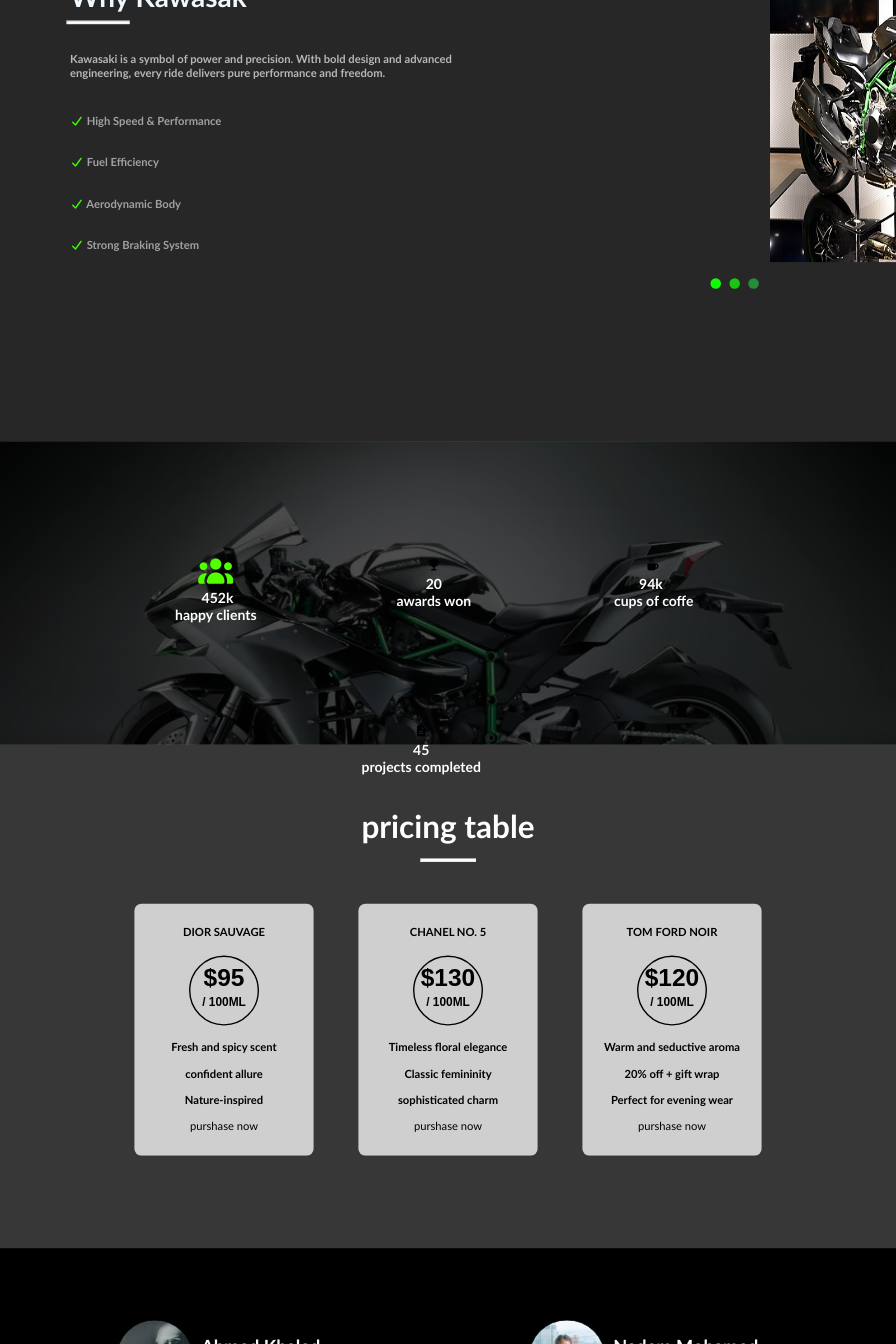
Repository: mustafasayed075-stack/project1
Page: index.html
The author's editor kept a copy of each file at every save. The page is drawn from the files as they stood at one save, then again after a run of saves.
The browser window is 1280 px wide. The pictures show the part of the page from y = 2963 to 4883 px (the page is 6669 px tall), at 70% of full size.
Backgrounds fixed to the window are drawn as part of the page.

Above is the page before, as saved 2025-09-20 19:20:30.

After the next 2 saves:
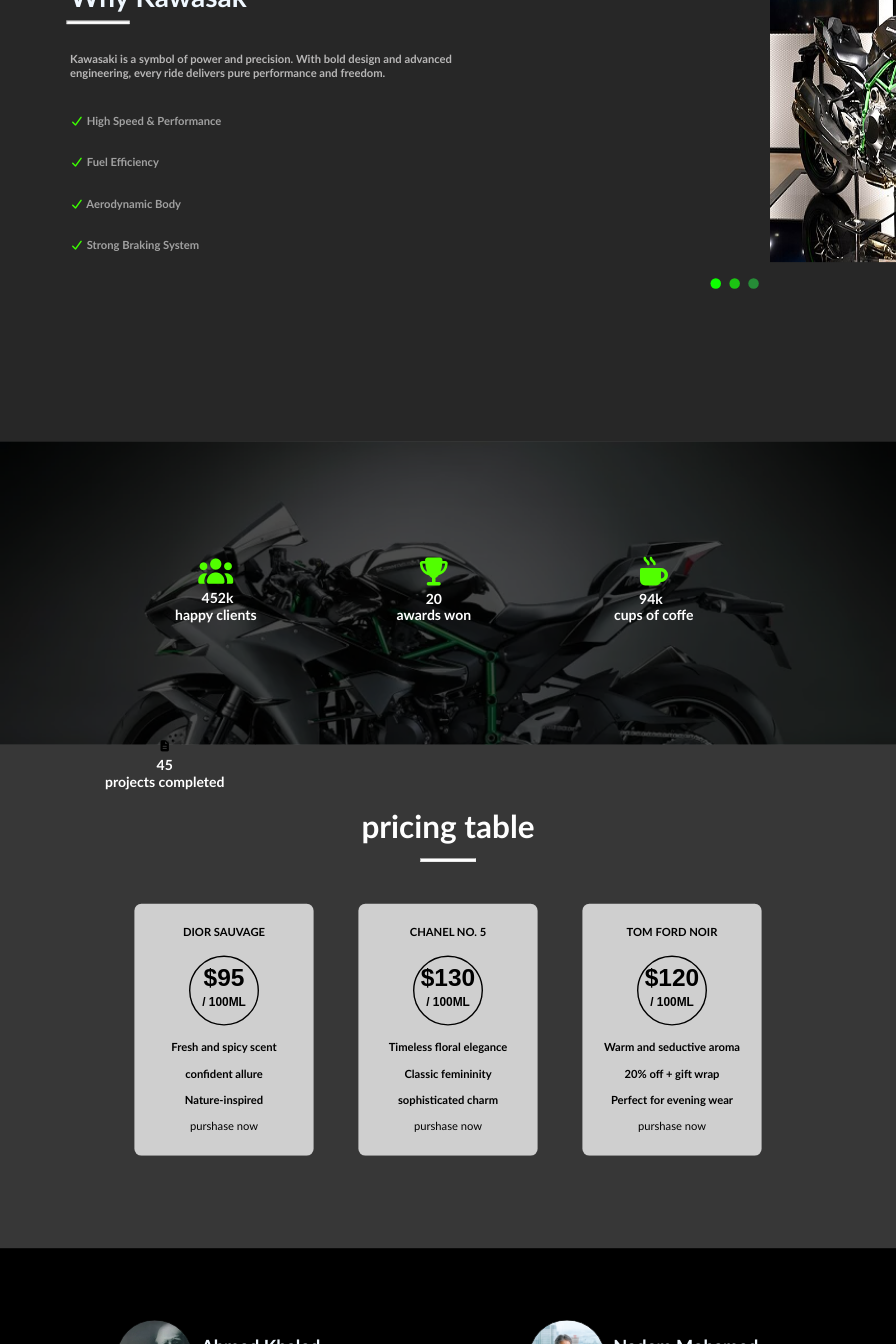
The 2 saves are shown as one change because they came seconds apart.
The last was saved 19 s later.
--- a/index.html
+++ b/index.html
@@ -210,12 +210,12 @@
                         <p class="happy">happy clients</p>
                         </div> <!-- section6-div1 -->
                         <div class="section6-div2">
-                            <i class="fa-solid fa-trophy"></i>
+                            <i class="fa-solid fa-trophy icn"></i>
                             <p class="p62">20</p>
                             <p class="award">awards won</p>
                         </div>  <!-- section6-div2 -->
                         <div class="section6-div3">
-                            <i class="fa-solid fa-mug-hot"></i>
+                            <i class="fa-solid fa-mug-hot icn"></i>
                             <p class="p63">94k</p>
                             <p class="coffe">cups of coffe</p>
                         </div> <!-- section6-div3 -->
